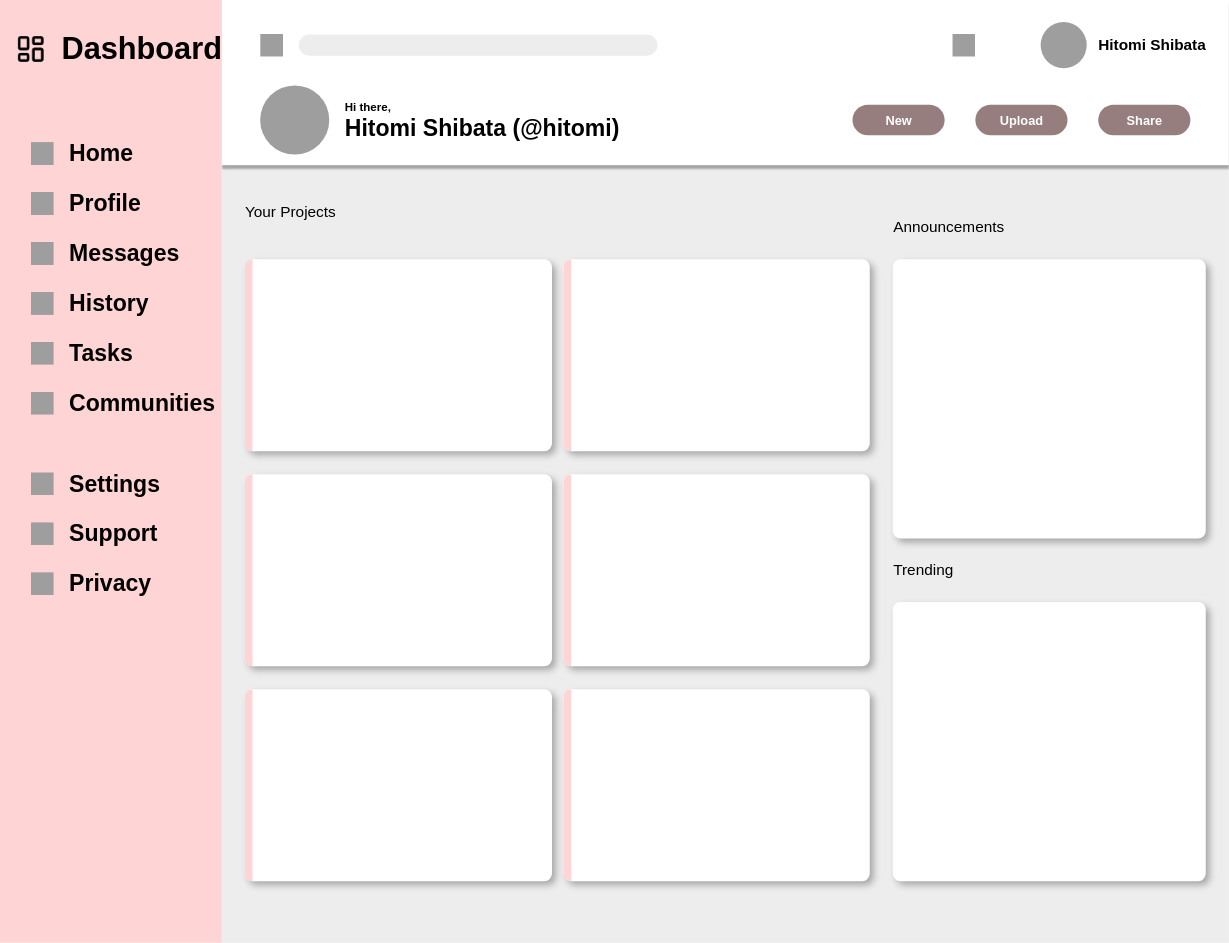
Repository: yeetzpxoci/dashboard
Page: index.html
These files come from the project's save history. The page is drawn as it stood at one moment and after the next save; the edit follows.
The browser window is 1280 px wide. The pictures show the whole page, at 96% of full size.
Pictures or frames that could not be fetched are drawn as grey boxes.

Above is the page before, as saved 2023-02-19 13:21:37.

### index.html
<!DOCTYPE html>
<html lang="en">
<head>
    <meta charset="UTF-8">
    <meta http-equiv="X-UA-Compatible" content="IE=edge">
    <meta name="viewport" content="width=device-width, initial-scale=1.0">
    <link rel="stylesheet" type="text/css" href="styles.css" />
    <title>Dashboard</title>
</head>
<body>
    <div class="sidebar">
        <div class="logo">
            <img src="dashboard-layout.png">
            <p>Dashboard</p>
        </div>

        <div class="icon-container1">
            <div class="icon">
                <img src="https://cdn-icons-png.flaticon.com/512/25/25694.png">
                <p>Home</p>
            </div>

            <div class="icon">
                <img src="https://cdn-icons-png.flaticon.com/512/6522/6522516.png">
                <p>Profile</p>
            </div>

            <div class="icon">
                <img src="https://cdn-icons-png.flaticon.com/512/739/739286.png">
                <p>Messages</p>
            </div>

            <div class="icon">
                <img src="https://cdn-icons-png.flaticon.com/512/32/32223.png">
                <p>History</p>
            </div>

            <div class="icon">
                <img src="https://www.svgrepo.com/show/79174/task-list.svg">
                <p>Tasks</p>
            </div>

            <div class="icon">
                <img src="https://icons.veryicon.com/png/o/business/classic-icon/community-12.png">
                <p>Communities</p>
            </div>
        </div>

        <div class="icon-container2">
            <div class="icon">
                <img src="https://cdn-icons-png.flaticon.com/512/126/126472.png">
                <p>Settings</p>
            </div>

            <div class="icon">
                <img src="https://upload.wikimedia.org/wikipedia/commons/thumb/1/17/FAQ_icon_%28Noun_like%29.svg/1255px-FAQ_icon_%28Noun_like%29.svg.png">
                <p>Support</p>
            </div>

            <div class="icon">
                <img src="https://cdn-icons-png.flaticon.com/512/4104/4104794.png">
                <p>Privacy</p>
            </div>
        </div>
    </div>

    <div class="header">
        <div class="search">
            <img src="https://cdn-icons-png.flaticon.com/512/3917/3917754.png">
            <input class="search-bar">
        </div>

        <img class="notification_icon" src="https://cdn-icons-png.flaticon.com/512/565/565422.png">

        <div class="profile-pic">
        </div>

        <p>Hitomi Shibata</p>

        <div class="user-info">
            <div class="profile-pic">
            </div>
            <p id="losinfo">
                <span style="font-size:12px;">Hi there,</span>
                <br>
                <span style="font-size:24px;">Hitomi Shibata (@hitomi)</span>
            </p>
        </div>
        <button>New</button>
        <button>Upload</button>
        <button>Share</button>
    </div>
    <div class="main-content">
        <div class="projects">
            <p>Your Projects</p>
            <p></p>

            <div class="project">
                <div class="line">
                </div>
            </div>

            <div class="project">
                <div class="line">
                </div>
            </div>

            <div class="project">
                <div class="line">
                </div>
            </div>

            <div class="project">
                <div class="line">
                </div>
            </div>

            <div class="project">
                <div class="line">
                </div>
            </div>

            <div class="project">
                <div class="line">
                </div>
            </div>
        </div>
        <div class="announcements-container">
            <p>Announcements</p>
            <div class="announcements">

            </div>
        </div>
        <div class="trending-container">
            <p>Trending</p>
            <div class="trending">

            </div>
        </div>
    </div>
</body>
</html>

### styles.css
html,
body {
    margin: 0;
    padding: 0;
    height: 100%;
}

body {
    min-height: 100vh;
    display: grid;
    grid-template-columns: 1fr 5fr;
    grid-template-rows: 1fr 4fr;
    font-family: Arial, Helvetica, sans-serif;
}

.sidebar {
    background-color: #FFD4D4;
    grid-column: 1 / 2;
    grid-row: 1 / 3;
    display: grid;
    grid-template-rows: 0.75fr 2fr 1fr 2fr;
    padding-left: 16px;
    gap: 32px;
    z-index: 2;
}

.icon-container1 {
    display: flex;
    flex-direction: column;
}

.icon-container2 {
    display: flex;
    flex-direction: column;
}

.logo, .icon {
    display: flex;
    align-items: center;
    font-weight: bold;
    gap: 16px;
}

.logo {
    font-size: 32px;
    align-self: baseline;
}

.icon {
    margin-top: -24px;
    font-size: 24px;
    margin-left: 16px;
}

.logo img {
    width: 32px;
    height: 32px;
}

.icon img {
    width: 24px;
    height: 24px;
}


.header {
    background-color: white;
    grid-column: 2 / 3;
    grid-row: 1 / 2;
    display: grid;
    grid-template-columns: 13fr 1fr 1fr 2fr;
    grid-template-rows: 1fr 1fr;
    padding-right: 24px;
    box-shadow: 0px 4px 2px rgb(0, 0, 0, 0.3);
    z-index: 1;
    padding: 8px;
}

.search {
    display: flex;
    justify-content: flex-start;
    align-items: center;
    gap: 16px;
    margin-left: 32px;
}

.search img{
    width: 24px;
    height: 24px;
}

.search input {
    width: 60%;
    border-radius: 12px;
    border-width: 0px;
    background-color: #eeeded;
    height: 25%;
}

.notification_icon {
    width: 24px;
    height: 24px;
    align-self: center;
    justify-self: end;
}

.profile-pic {
    border-radius: 50%;
    background-image: url("https://i.pinimg.com/originals/49/c0/e8/49c0e871fbe0be71396aa94fe1d93ddc.jpg");
    background-position: center;
    background-size: cover;
    background-repeat: no-repeat;
    overflow: hidden;
}

.header > .profile-pic {
    width: 48px;
    height: 48px;
    align-self: center;
    justify-self: end;
    margin-right: 12px;
}

.user-info {
    display: flex;
    gap: 16px;
}

.user-info > .profile-pic {
    width: 72px;
    height: 72px;
    margin-left: 32px;
    align-self: center;
}

.header p {
    align-self: center;
    font-weight: bolder;
    justify-self: baseline;
}

button {
    height: 40%;
    width: 96px;
    align-self: center;
    justify-self: baseline;
    background-color: #977e7e;
    border-radius: 24px;
    border-width: 0px;
    color: white;
    margin-right: 32px;
    font-weight: bold;
}

.main-content {
    background-color: #eeeded;
    grid-column: 2 / 3;
    grid-row: 2 / 3;
    padding-left: 24px;
    padding-right: 24px;
    padding-top: 24px;
    padding-bottom: 64px;
    display: grid;
    grid-template-columns: 2fr 1fr;
    grid-template-rows: 1fr 1fr     ;
    gap: 24px;
}

.projects {
    width: 100%;
    display: grid;
    grid-template-columns: repeat(2, 1fr);
    grid-template-rows: 1fr 4fr 4fr 4fr;
    grid-gap: 24px 12px;
    grid-column: 1 / 2;
    grid-row: 1 / 3;
}

.project {
    background-color: white;
    border-radius: 8px;
    box-shadow: 4px 4px 8px rgb(0, 0, 0, 0.3);
    overflow: hidden;
}

.announcements-container {
    width: 100%;
    height: 100%;
    display: grid;
    grid-template-rows: 1fr 5fr;
    grid-row: 1 / 2;
    margin-top: 16px;
}

.announcements {
    width: 100%;
    height: 100%;
    background-color: white;
    border-radius: 8px;
    box-shadow: 4px 4px 8px rgb(0, 0, 0, 0.3);
    display: grid;
    grid-template-rows: 1fr 1fr 1fr;
}

.trending-container {
    width: 100%;
    height: 100%;
    display: grid;
    grid-row: 2 / 3;
    grid-template-rows: 1fr 5fr;
}

.trending {
    width: 100%;
    height: 100%;
    display: grid;
    grid-template-rows: 1fr 1fr 1fr;
    background-color: white;
    border-radius: 8px;
    box-shadow: 4px 4px 8px rgb(0, 0, 0, 0.3);
    grid-template-rows: 1fr 1fr 1fr 1fr;
}

.line {
    background-color: #FFD4D4;
    width: 2.5%;
    height: 100%;
}

After the next save:
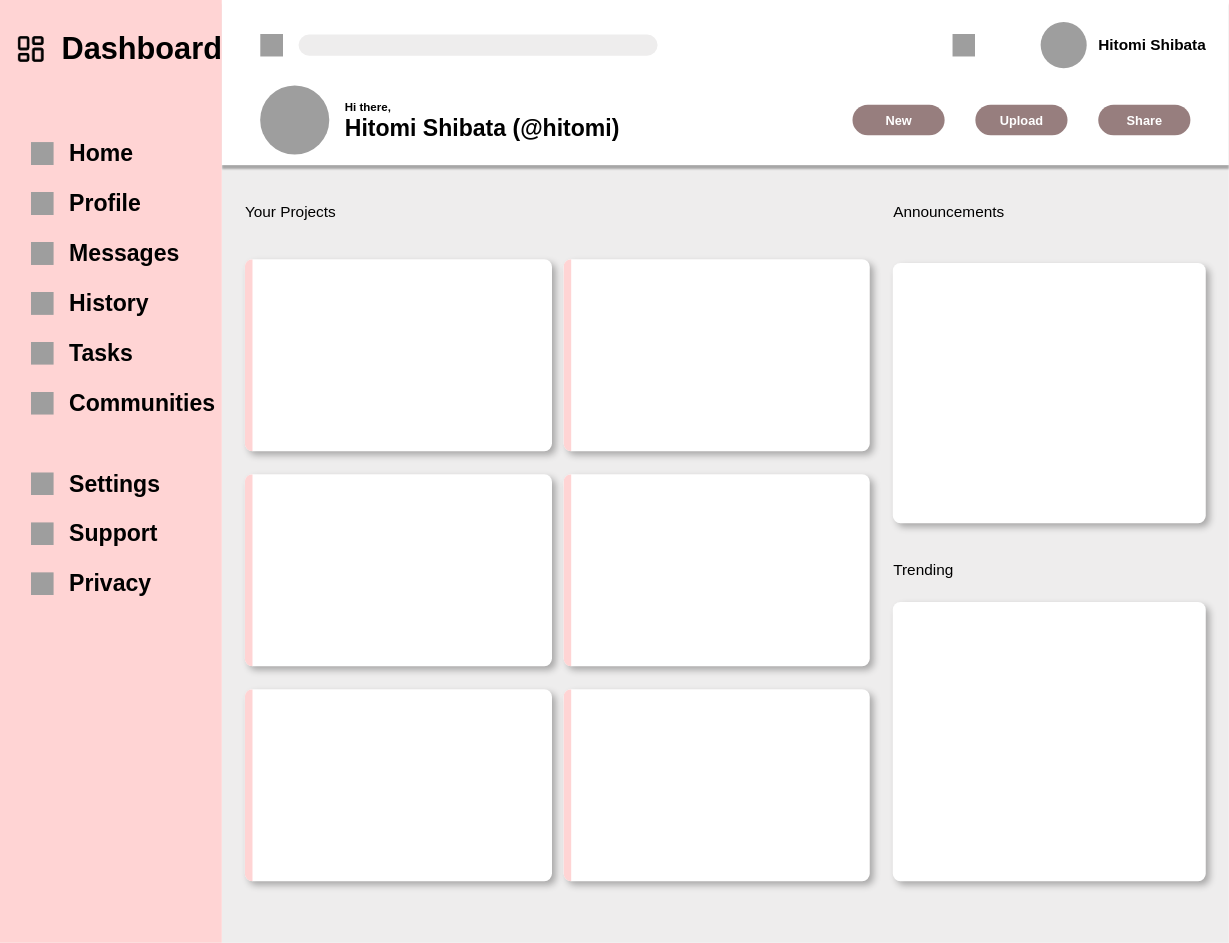
Saved 17 s later.
--- a/styles.css
+++ b/styles.css
@@ -189,7 +189,7 @@ button {
     display: grid;
     grid-template-rows: 1fr 5fr;
     grid-row: 1 / 2;
-    margin-top: 16px;
+    gap: 24px;
 }
 
 .announcements {
